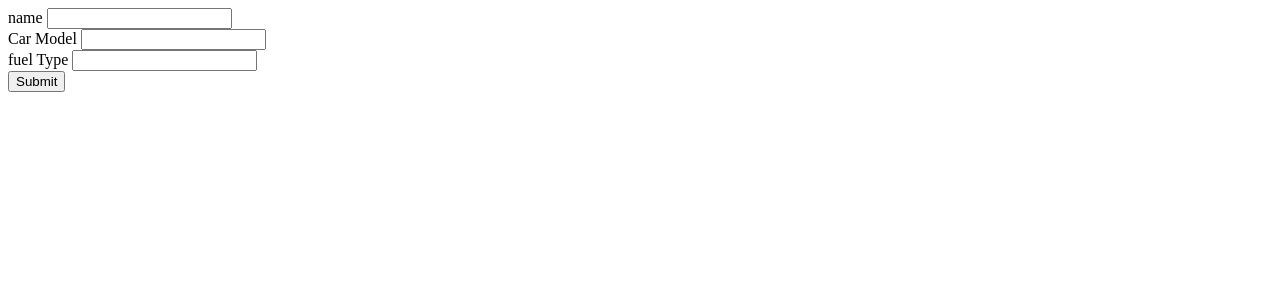
Repository: shiroikumakoori/studentProjecthHibernate
Page: carServiceSystem/src/main/webapp/regNewCar.html
An editor plug-in stored every save of this project. The page is shown before and after the next save, followed by the edit.
The browser window is 1280 px wide. The pictures show the whole page.

Above is the page before, as saved 2022-08-25 01:43:43.

After the next save:
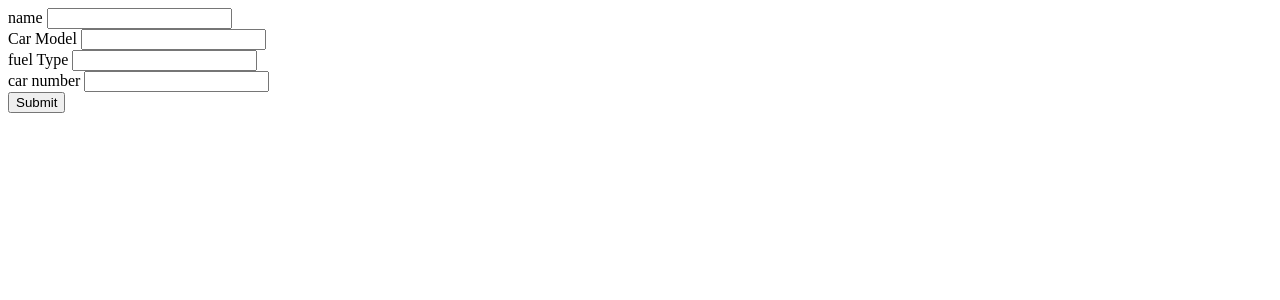
Saved 28 s later.
--- a/carServiceSystem/src/main/webapp/regNewCar.html
+++ b/carServiceSystem/src/main/webapp/regNewCar.html
@@ -16,6 +16,9 @@
 		    <div>
 				<label>fuel Type</label> <input type="text" name="fuelType">
 		    </div>
+		    <div>
+				<label>car number</label> <input type="text" name="regNum">
+		    </div>
 
 		</div>
 
